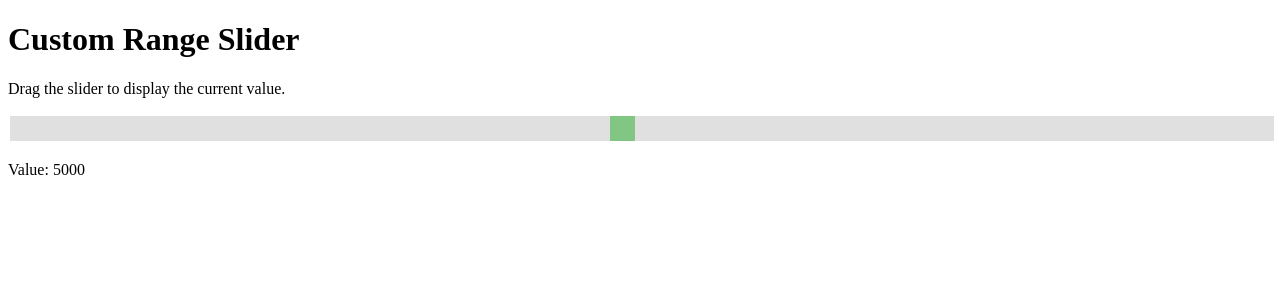
Repository: NanSin21/Mytourism-Website
Page: toursandtravelsmanagement/WebContent/TripPlaces/budget.html
The author's editor kept a copy of each file at every save. The page is drawn from the files as they stood at one save, then again after the next save.
The browser window is 1280 px wide. The pictures show the whole page.

Above is the page before, as saved 2018-07-23 07:19:55.

### toursandtravelsmanagement/WebContent/TripPlaces/budget.html
<!DOCTYPE html>
<html>
<head>
<meta name="viewport" content="width=device-width, initial-scale=1">
<style>
.slidecontainer {
    width: 100%;
}

.slider {
    -webkit-appearance: none;
    width: 100%;
    height: 25px;
    background: #d3d3d3;
    outline: none;
    opacity: 0.7;
    -webkit-transition: .2s;
    transition: opacity .2s;
}

.slider:hover {
    opacity: 1;
}

.slider::-webkit-slider-thumb {
    -webkit-appearance: none;
    appearance: none;
    width: 25px;
    height: 25px;
    background: #4CAF50;
    cursor: pointer;
}

.slider::-moz-range-thumb {
    width: 25px;
    height: 25px;
    background: #4CAF50;
    cursor: pointer;
}
</style>
</head>
<body>

<h1>Custom Range Slider</h1>
<p>Drag the slider to display the current value.</p>

<div class="slidecontainer">
  <input type="range" min="300" max="10000" value="5000" class="slider" id="myRange">
  <p>Value: <span id="demo"></span></p>
</div>

<script>
var slider = document.getElementById("myRange");
var output = document.getElementById("demo");
output.innerHTML = slider.value;

slider.oninput = function() {
  output.innerHTML = this.value;
}
</script>

</body>
</html>

After the next save:
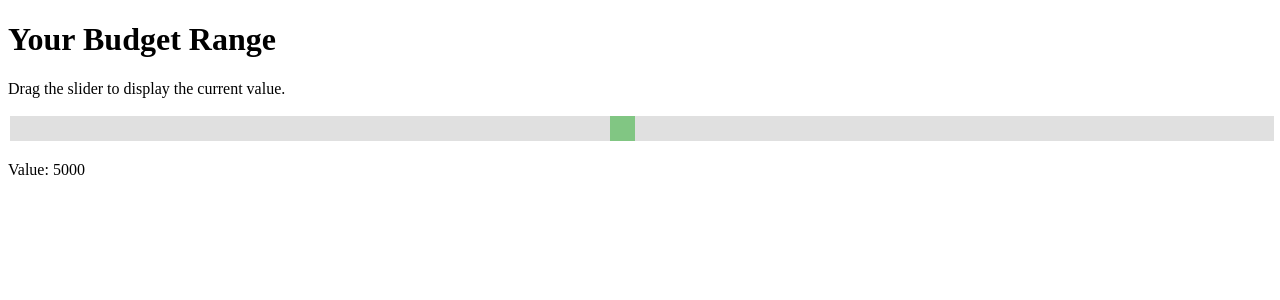
Saved 8 min 52 s later.
--- a/toursandtravelsmanagement/WebContent/TripPlaces/budget.html
+++ b/toursandtravelsmanagement/WebContent/TripPlaces/budget.html
@@ -41,7 +41,7 @@
 </head>
 <body>
 
-<h1>Custom Range Slider</h1>
+<h1>Your Budget Range</h1>
 <p>Drag the slider to display the current value.</p>
 
 <div class="slidecontainer">
